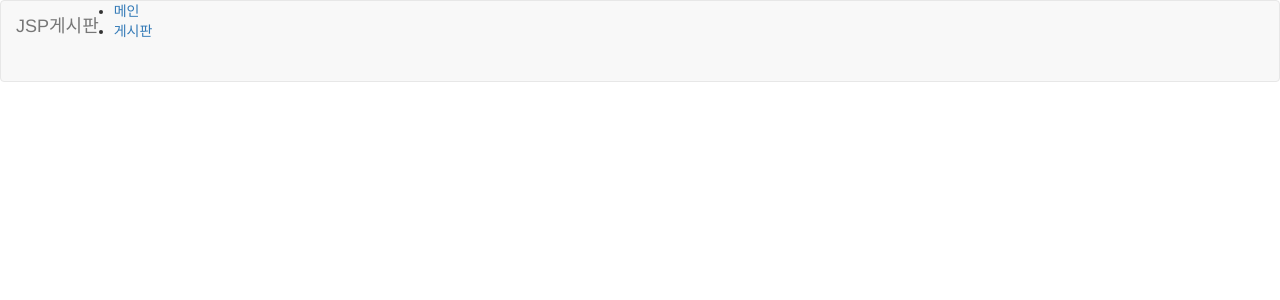
Repository: zoselakt/My_practice_JSP
Page: http://localhost/BBS/login.jsp
These files come from the project's save history. The page is drawn as it stood at one moment and after the next save; the edit follows.
The browser window is 1280 px wide. The pictures show the whole page.
Some web libraries are served in a nearby version. The page is served by Tomcat 9. Other server files are loaded and not shown.

Above is the page before, as saved 2022-03-01 14:28:55.

### BBS/WebContent/login.jsp
<%@ page language="java" contentType="text/html; charset=UTF-8"
    pageEncoding="UTF-8"%>
<!DOCTYPE html>
<html>
<head>
<meta http-equiv="Content-Type" content="text/html; charset="UTF-8">
<meta name="viewport" content="width=device-width", initial-scale="1">
<link rel="stylesheet" href="css/bootstrap.css">
<title>로그인</title>
</head>
<body>
	<nav class="navbar navbar-default">
		<div class="navbar-header">
			<button type="button" class="navbar-toggle collapsed"
				data-toggle="Collapse" data-target="#bs-example-navbar-collapse-1"
				aria-expanded="false">
				<span class="icon-bar"></span>
				<span class="icon-bar"></span>
				<span class="icon-bar"></span>
			</button>
			<a class="navbar-brand" href="main.jsp">JSP게시판</a>
		</div>
		<div class="collapse navbar-collapse" id="bs-example-navbar-collapse-1">
			<ul>
				<li><a href="main.jsp">메인</a>
				<li><a href="main.jsp">게시판</a>
			</ul>
			<ul class="nav navbar-nav navbar-right">
				<li class="dropdown">
					<a href="#" class="dropdown"
						data-toggle="dropdown" role="button" aria-haspopup="true"
						aria-expanded="false"></a>
				</li>
			</ul>
		</div>
	</nav>
	<script src="https://code.jquery.com/jquery-3.1.1.min.js"></script>
	<script src="js/bootstrap.js"></script>
</body>
</html>

Loaded but not shown: BBS/WebContent/css/bootstrap.css (library); BBS/WebContent/js/bootstrap.js (library)

After the next save:
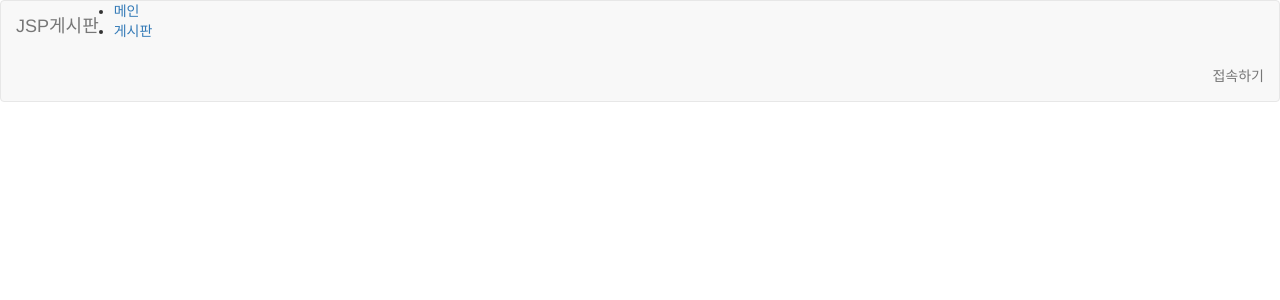
Saved 10 s later.
--- a/BBS/WebContent/login.jsp
+++ b/BBS/WebContent/login.jsp
@@ -29,7 +29,7 @@
 				<li class="dropdown">
 					<a href="#" class="dropdown"
 						data-toggle="dropdown" role="button" aria-haspopup="true"
-						aria-expanded="false"></a>
+						aria-expanded="false">접속하기</a>
 				</li>
 			</ul>
 		</div>
